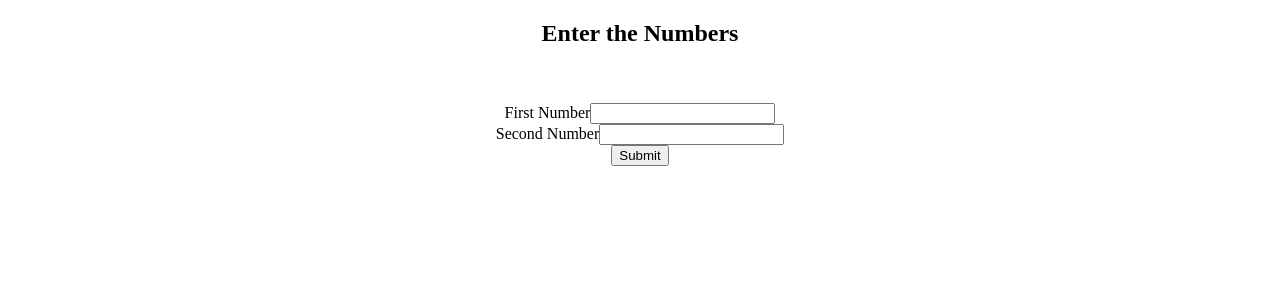
Repository: r-svp26/J2EE-Hands-On
Page: ServletBasics/WebContent/number.html
The author's editor kept a copy of each file at every save. The page is drawn from the files as they stood at one save, then again after the next save.
The browser window is 1280 px wide. The pictures show the whole page.

Above is the page before, as saved 2020-01-03 13:19:20.

### ServletBasics/WebContent/number.html
<!DOCTYPE html>
	<html>

		<head>
			<meta charset="ISO-8859-1">
			<title>Addition Of Two Numbers</title>
		</head>


		<body bg-color="#B3B6B7" align="center">
			<form action="AdditionServlet">
				<h2>Enter the Numbers</h2><br><br>

					First Number<input type="text" name="num1"> <br>
					Second Number<input type="text" name="num2">  <br>
					<input type="submit" name="Submit"/>
			</form>
		</body>
</html>

After the next save:
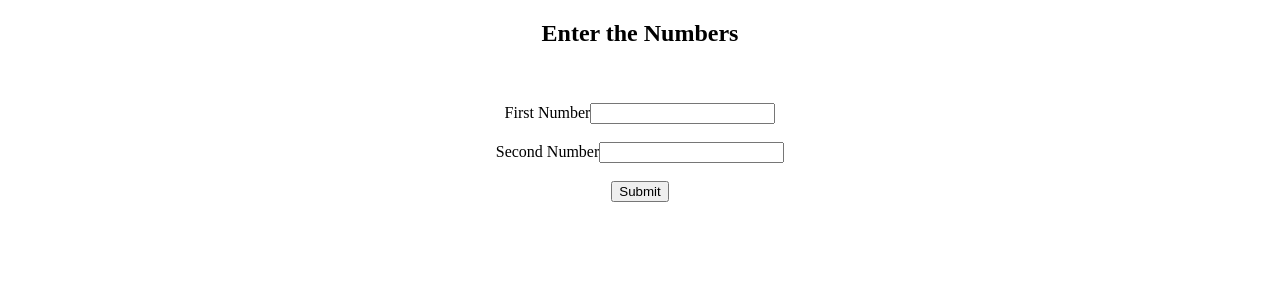
Saved 2 min 31 s later.
--- a/ServletBasics/WebContent/number.html
+++ b/ServletBasics/WebContent/number.html
@@ -7,12 +7,12 @@
 		</head>
 
 
-		<body bg-color="#B3B6B7" align="center">
+		<body backgroundcolor="#B3B6B7" align="center">
+
 			<form action="AdditionServlet">
-				<h2>Enter the Numbers</h2><br><br>
-
-					First Number<input type="text" name="num1"> <br>
-					Second Number<input type="text" name="num2">  <br>
+				 <h2>Enter the Numbers</h2><br><br>
+					First Number<input type="text" name="num1"> <br><br>
+					Second Number<input type="text" name="num2">  <br><br>
 					<input type="submit" name="Submit"/>
 			</form>
 		</body>
